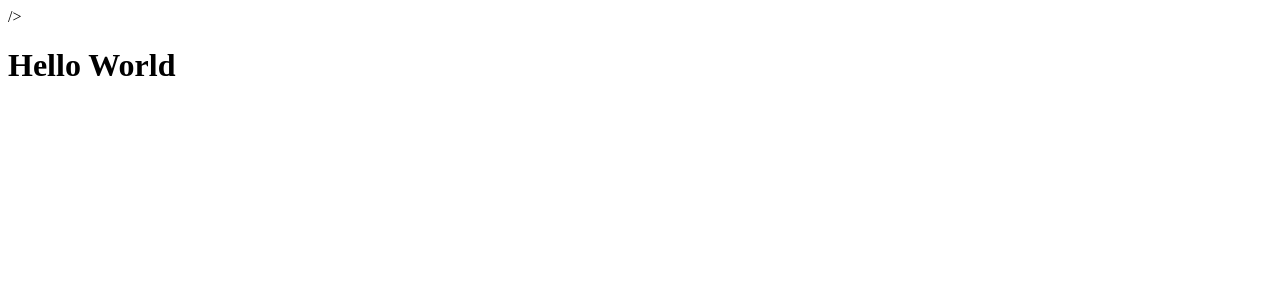
Repository: ARUN-YERRAM/REACTLEARNING
Page: / (app in REACTT/fronted/)
An editor plug-in stored every save of this project. The page is shown before and after the next save, followed by the edit.
The browser window is 1280 px wide. The pictures show the whole page.
The project was rebuilt for these pictures with package versions that can differ from the ones it lists, and the page was loaded fresh each time.

Above is the page before, as saved 2024-03-19 14:25:54.

After the next save:
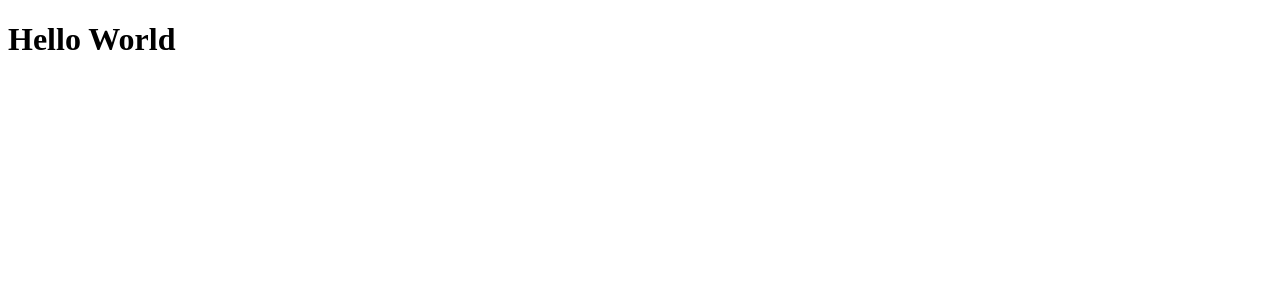
Saved 6 s later.
--- a/REACTT/fronted/public/index.html
+++ b/REACTT/fronted/public/index.html
@@ -2,10 +2,10 @@
 <html lang="en">
   <head>
 
-    />
-    <link rel="apple-touch-icon" href="%PUBLIC_URL%/logo192.png" />
 
-    <title>React App</title>
+
+
+
   </head>
   <body>
     <noscript>You need to enable JavaScript to run this app.</noscript>
